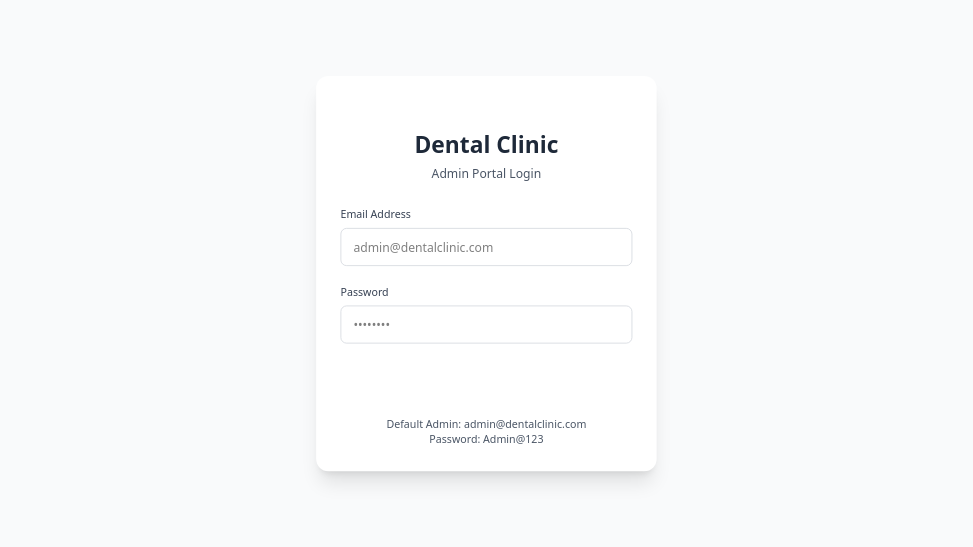
Repository: deepak445566/newdoctor
Page: /login (app in doctor/)
An editor plug-in stored every save of this project. The page is shown before and after a run of saves, followed by the edit.
The browser window is 1280 px wide. The pictures show the whole page, at 76% of full size.
The project was rebuilt for these pictures with package versions that can differ from the ones it lists, and the page was loaded fresh each time. Also part of the build but not shown: doctor/vite.config.js, doctor/src/pages/Dashboard.jsx, doctor/src/pages/AllPatients.jsx, doctor/src/pages/UpcomingAppointments.jsx.

Above is the page before, as saved 2026-02-16 11:37:46.

After the next 5 saves:
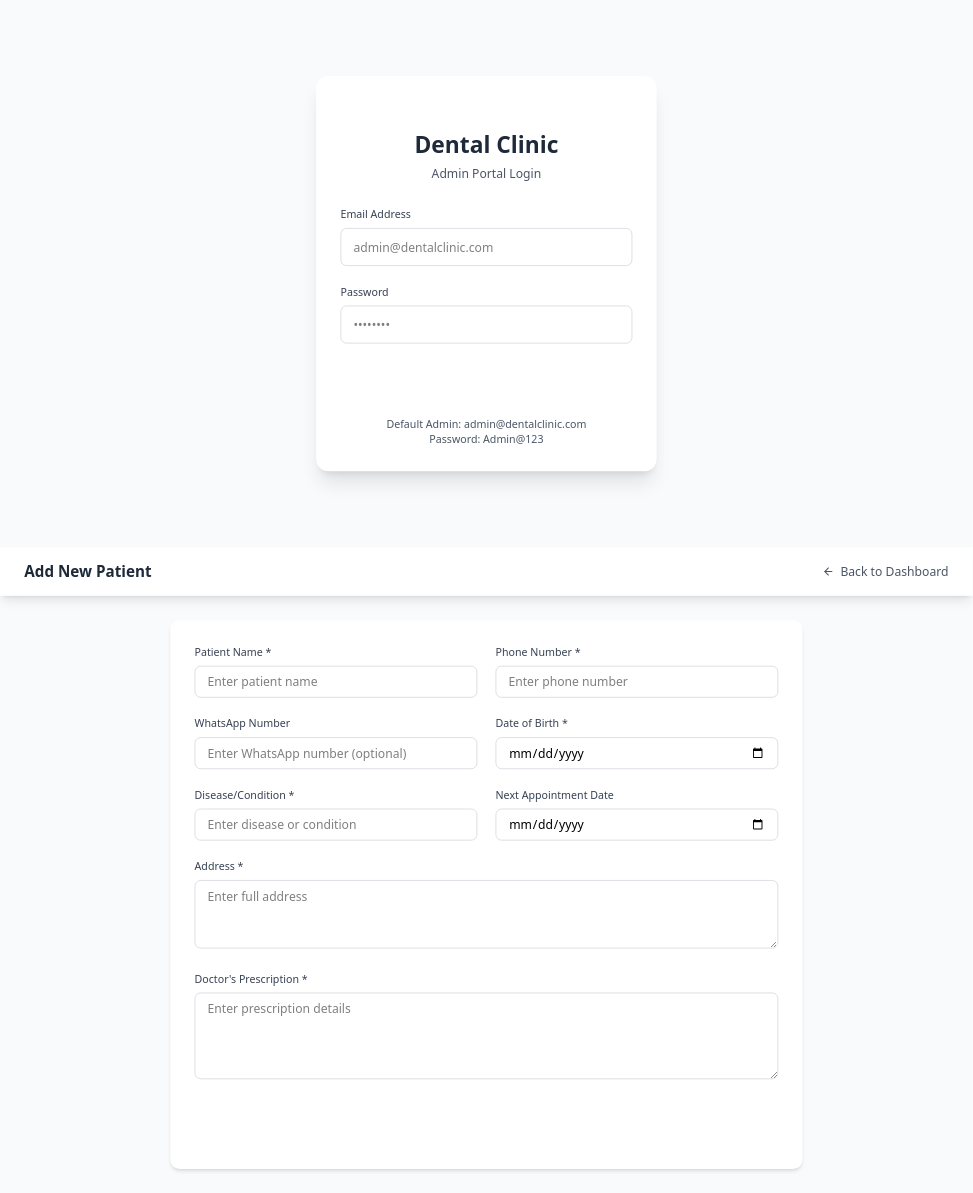
The 5 saves are shown as one change because they came seconds apart.
The last was saved 63 s later.
--- a/doctor/src/App.jsx
+++ b/doctor/src/App.jsx
@@ -39,7 +39,9 @@
           } />
           <Route path="/" element={<Navigate to="/login" />} />
         </Routes>
+
       </div>
+      <AddPatient/>
     </Router>
   );
 }

After the 2 saves that followed:
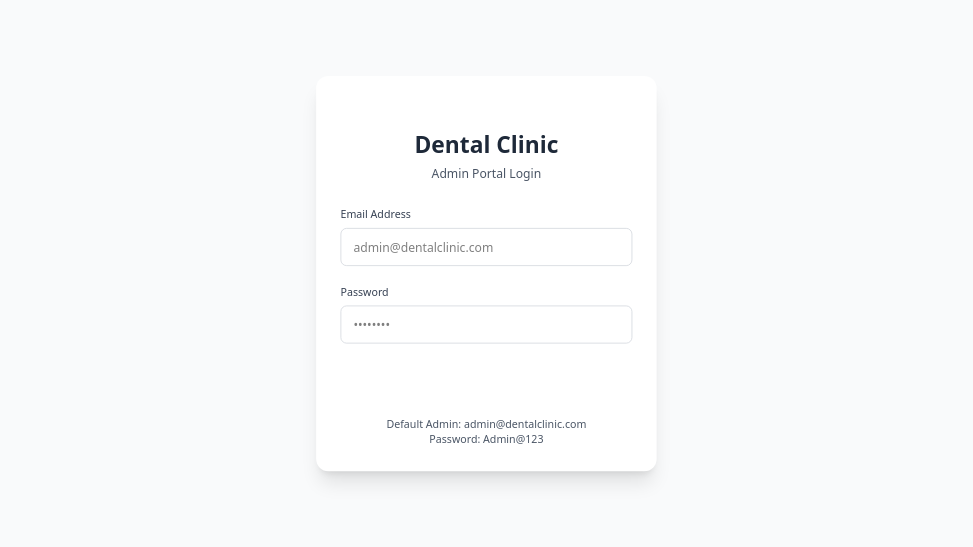
The 2 saves are shown as one change because they came seconds apart.
The last was saved 19 s later.
--- a/doctor/src/App.jsx
+++ b/doctor/src/App.jsx
@@ -39,9 +39,7 @@
           } />
           <Route path="/" element={<Navigate to="/login" />} />
         </Routes>
-
       </div>
-      <AddPatient/>
     </Router>
   );
 }
